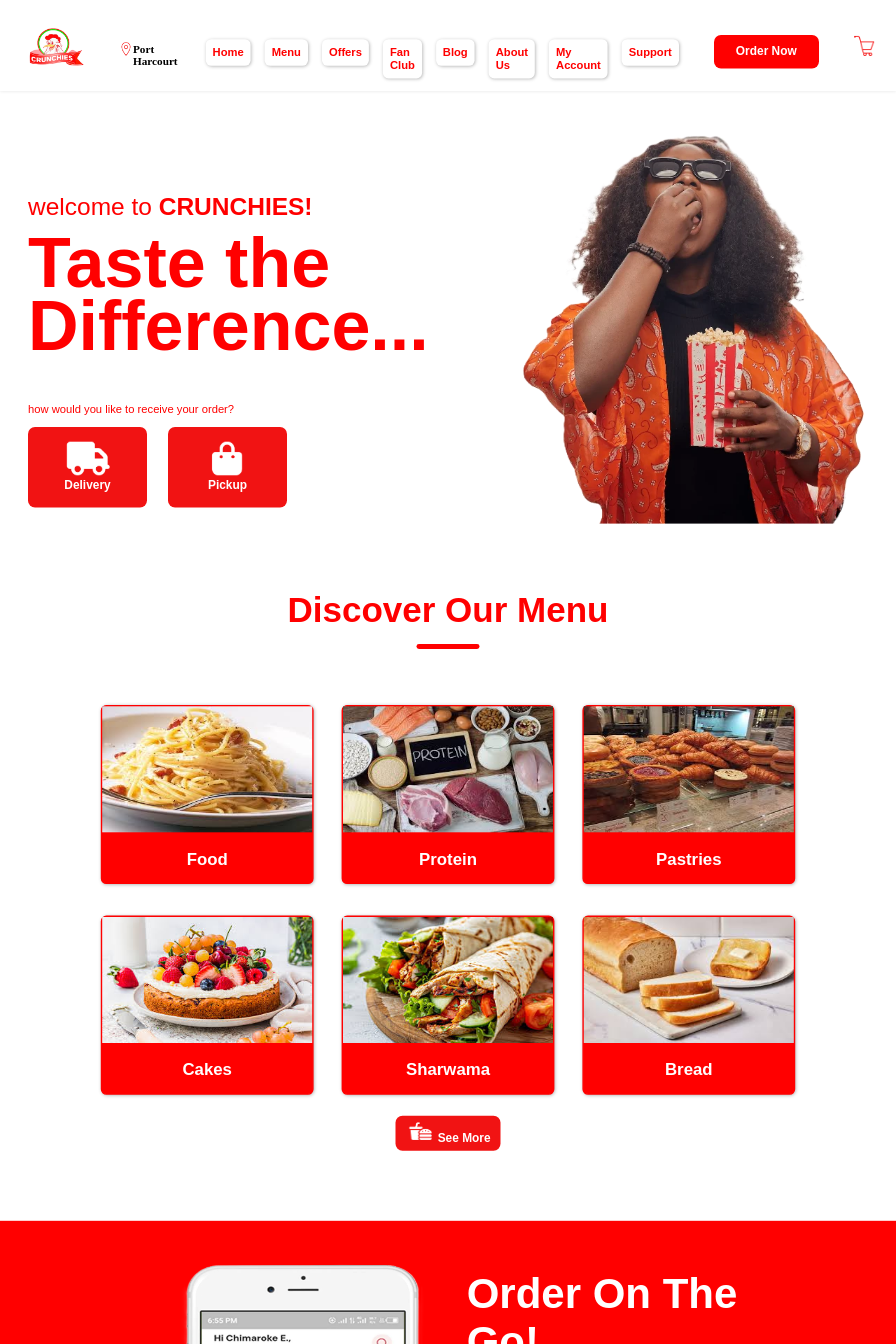
Repository: trenzyfx1/crunches-online-
Page: index.html
These files come from the project's save history. The page is drawn as it stood at one moment and after the next save; the edit follows.
The browser window is 1280 px wide. The pictures show the part of the page from y = 0 to 1920 px (the page is 4840 px tall), at 70% of full size.

Above is the page before, as saved 2025-04-12 16:53:17.

After the next save:
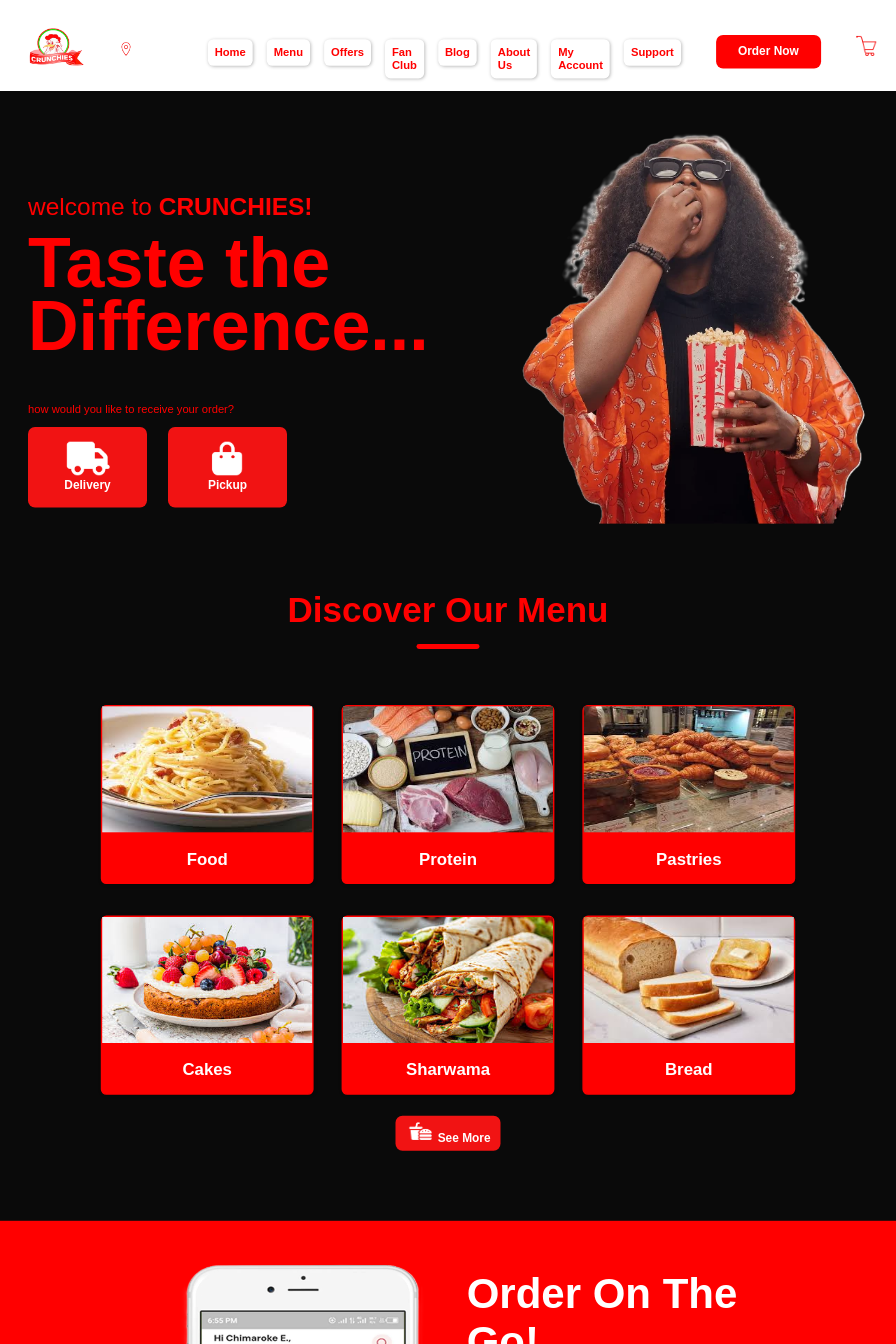
Saved 38 s later.
--- a/style.css
+++ b/style.css
@@ -1,6 +1,14 @@
 body {
+    width: 100%;
+    margin: 0;
     padding: 0;
-    margin: 0;
+    overflow-x: hidden;
+    height: 100vh;
+    color: #fff;
+    font-family: 'Space Grotesk', sans-serif;
+    transition: background-color 0.3s, color 0.3s;
+    scroll-behavior: smooth;
+    background-color: #0a0a0a;
 }
 
 header {
